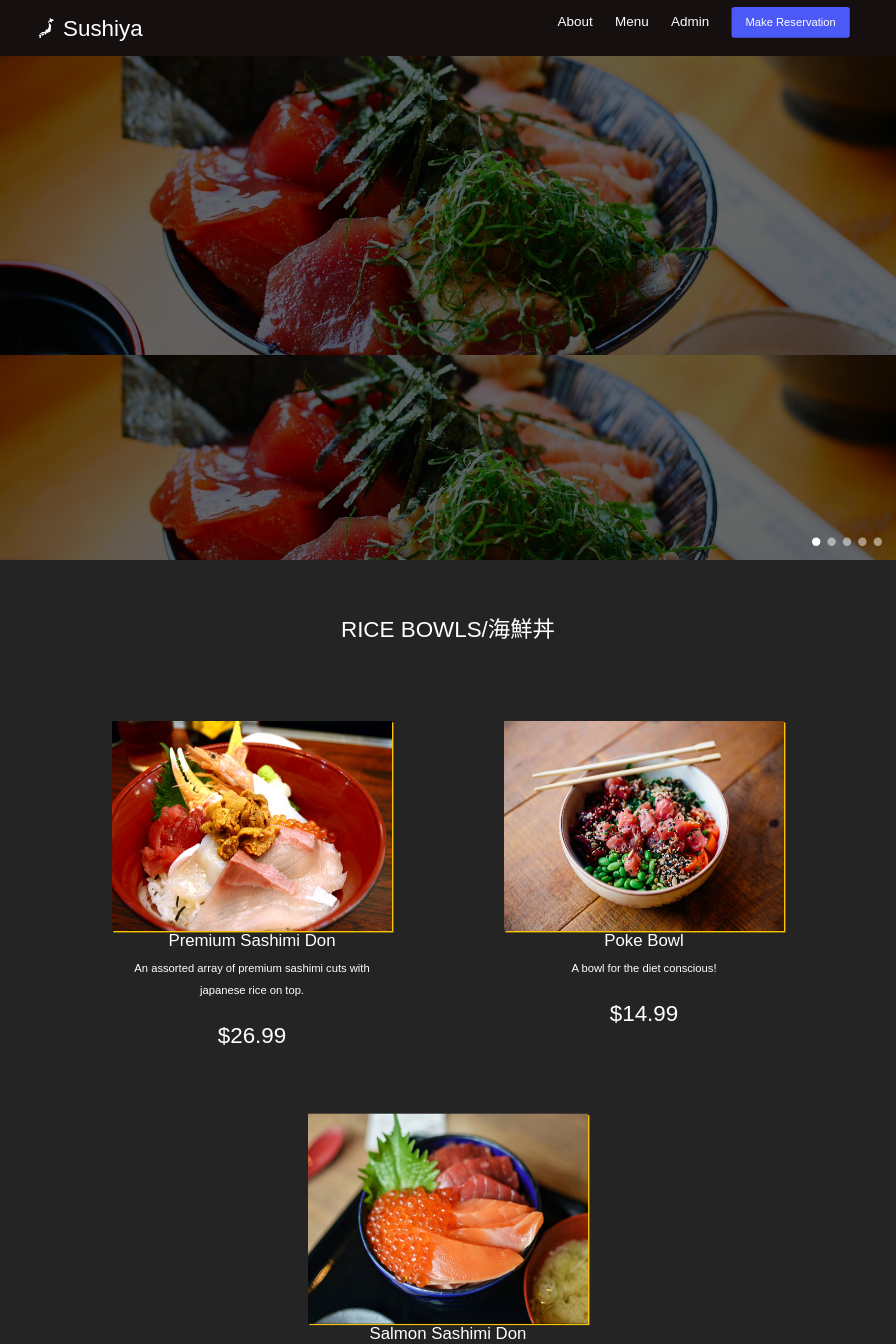
Repository: RuiXiong2211/Sushiroe
Page: /Menu
These files come from the project's save history. The page is drawn as it stood at one moment and after the next save; the edit follows.
The browser window is 1280 px wide. The pictures show the part of the page from y = 0 to 1920 px (the page is 5128 px tall), at 70% of full size.
Pictures or frames that could not be fetched are drawn as grey boxes. The page's requests for data from a server got no answer. The project was rebuilt for these pictures with package versions that can differ from the ones it lists, and the page was loaded fresh each time. No one was signed in, and anything a server would have sent is missing. Also part of the build but not shown: src/components/InfoSection/InfoSection.elements.js, src/components/InfoSection/InfoSection.js, src/components/AdminDashboard/ResItem.elements.js, src/components/AdminDashboard/ResvItem.js, src/components/Reservation/Reservation.elements.js, src/components/AdminDashboard/EditFormElements.js, src/components/AdminDashboard/EditForm.js, src/components/AdminDashboard/AdminDashboard.elements.js and 8 more.

Above is the page before, as saved 2021-07-30 12:32:08.

After the next save:
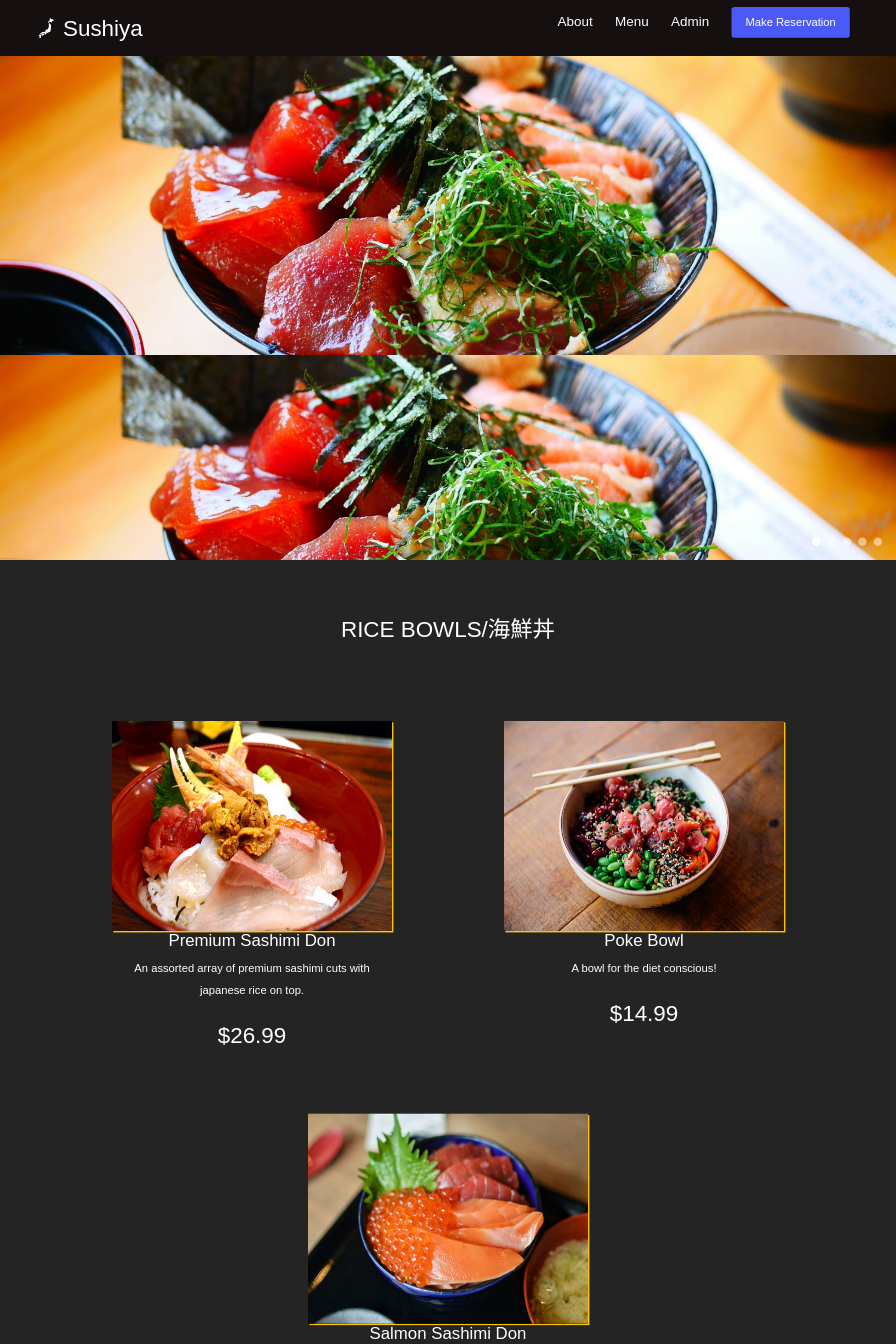
Saved 32 s later.
--- a/src/components/ImageSlider/ImageSlider.elements.js
+++ b/src/components/ImageSlider/ImageSlider.elements.js
@@ -30,7 +30,7 @@
   position: absolute;
   top: 0;
   left: 0;
-  background-color: rgba(0, 0, 0, 0.6);
+  //background-color: rgba(0, 0, 0, 0.6);
 `;
 
 export const IndicatorWrapper = styled.div`

After the save that followed:
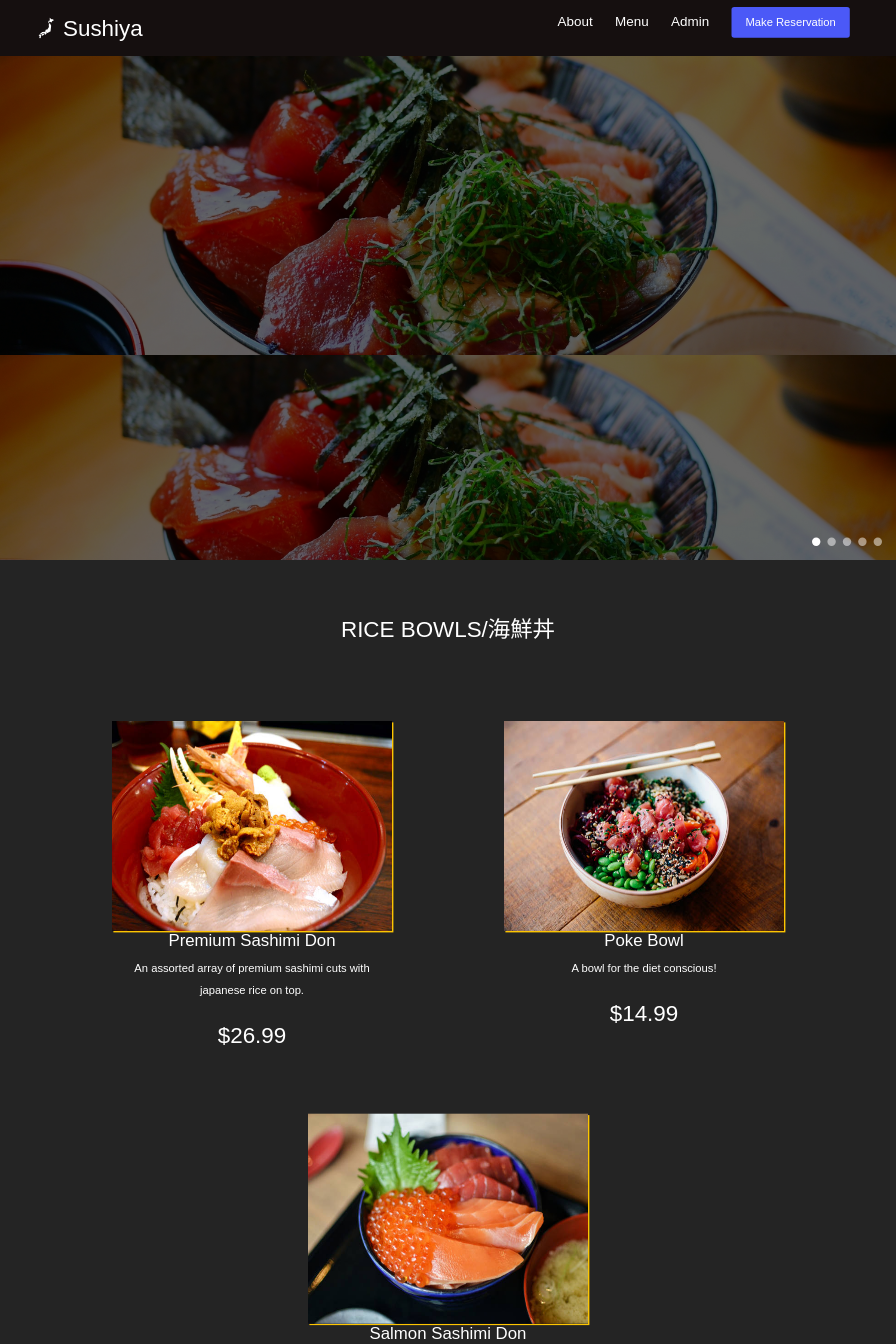
Saved 6 s later.
--- a/src/components/ImageSlider/ImageSlider.elements.js
+++ b/src/components/ImageSlider/ImageSlider.elements.js
@@ -30,7 +30,7 @@
   position: absolute;
   top: 0;
   left: 0;
-  //background-color: rgba(0, 0, 0, 0.6);
+  background-color: rgba(0, 0, 0, 0.6);
 `;
 
 export const IndicatorWrapper = styled.div`
